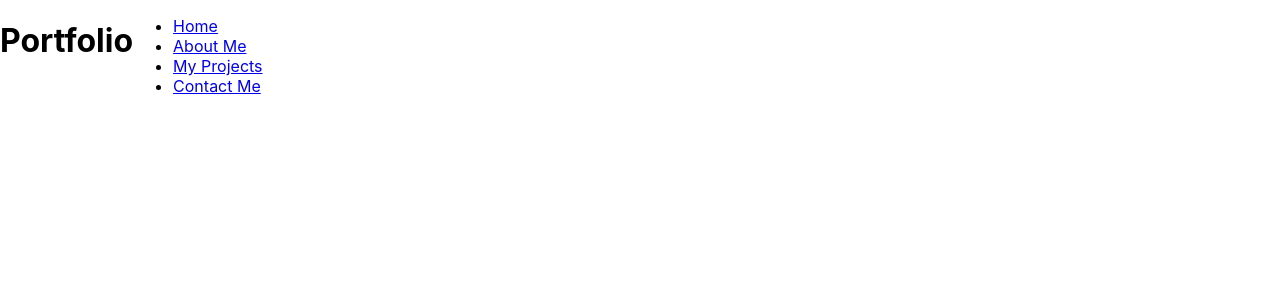
Repository: ChristianGecchelin/portfolio-web
Page: /
An editor plug-in stored every save of this project. The page is shown before and after a run of saves, followed by the edit.
The browser window is 1280 px wide. The pictures show the whole page.
The project was rebuilt for these pictures with package versions that can differ from the ones it lists, and the page was loaded fresh each time. Also part of the build but not shown: src/App/App.css.

Above is the page before, as saved 2022-01-20 16:25:11.

After the next 2 saves:
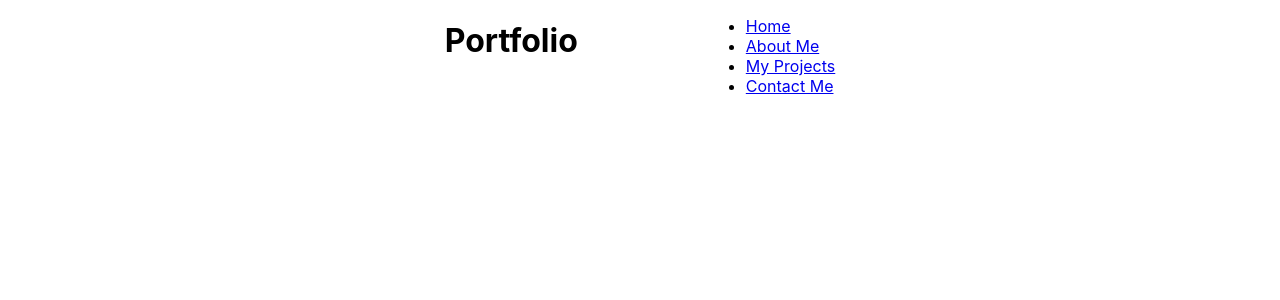
The 2 saves are shown as one change because they came seconds apart.
The last was saved 23 s later.
--- a/src/Header/header.css
+++ b/src/Header/header.css
@@ -1,7 +1,8 @@
 header {
   display: flex;
   flex-direction: row;
-
+  justify-content: center;
+  gap: 10%;
   width: 100%;
   height: 15vh;
 }
